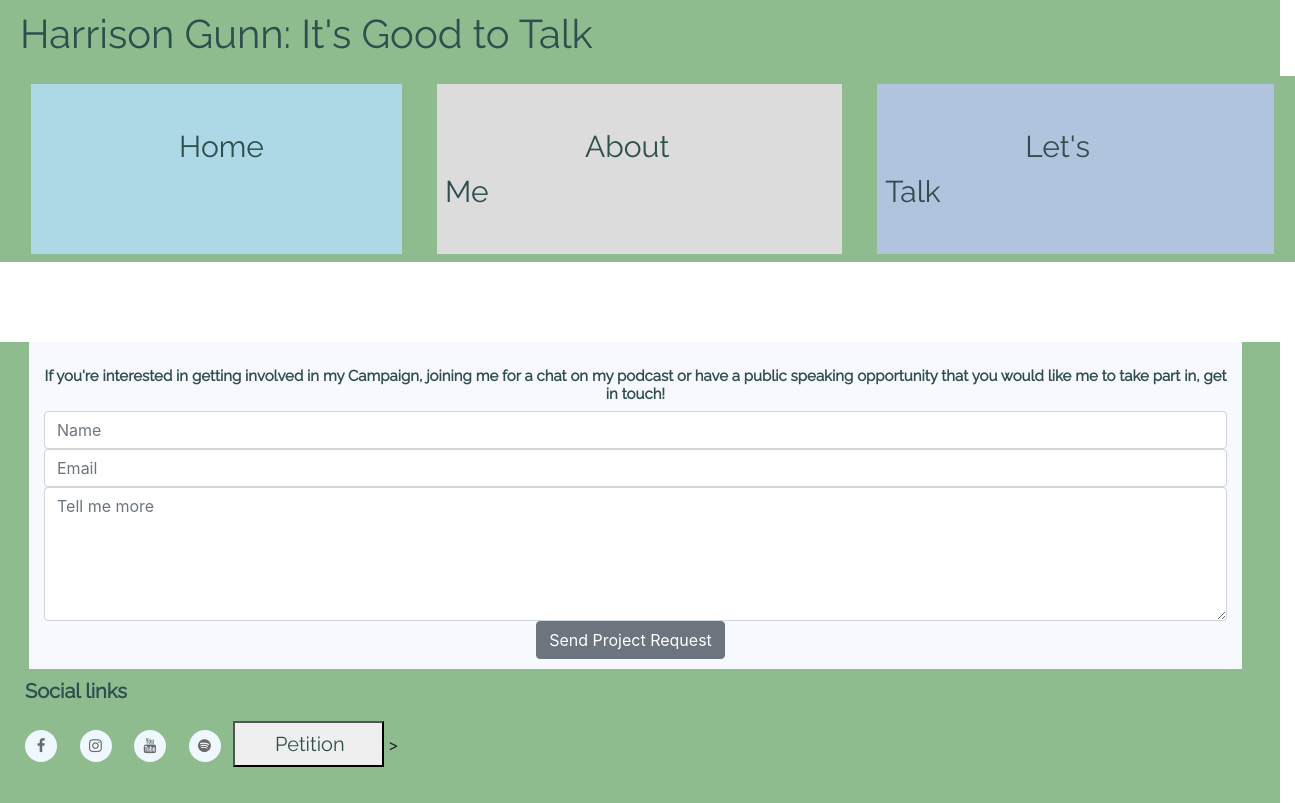
Repository: Leannald13/mile-stone-project-html
Page: contact.html
The author's editor kept a record of every edit. The page is drawn from the files as they stood at one moment, then again after the next edit.
The browser window is 1280 px wide. The page is 1295 px wide, so the pictures cover 1295 px, including what lies to the right of the window. The pictures show the part of the page from y = 500 to 1303 px (the page is 1303 px tall before and 1295 px after).

Above is the page before.

After the next edit:
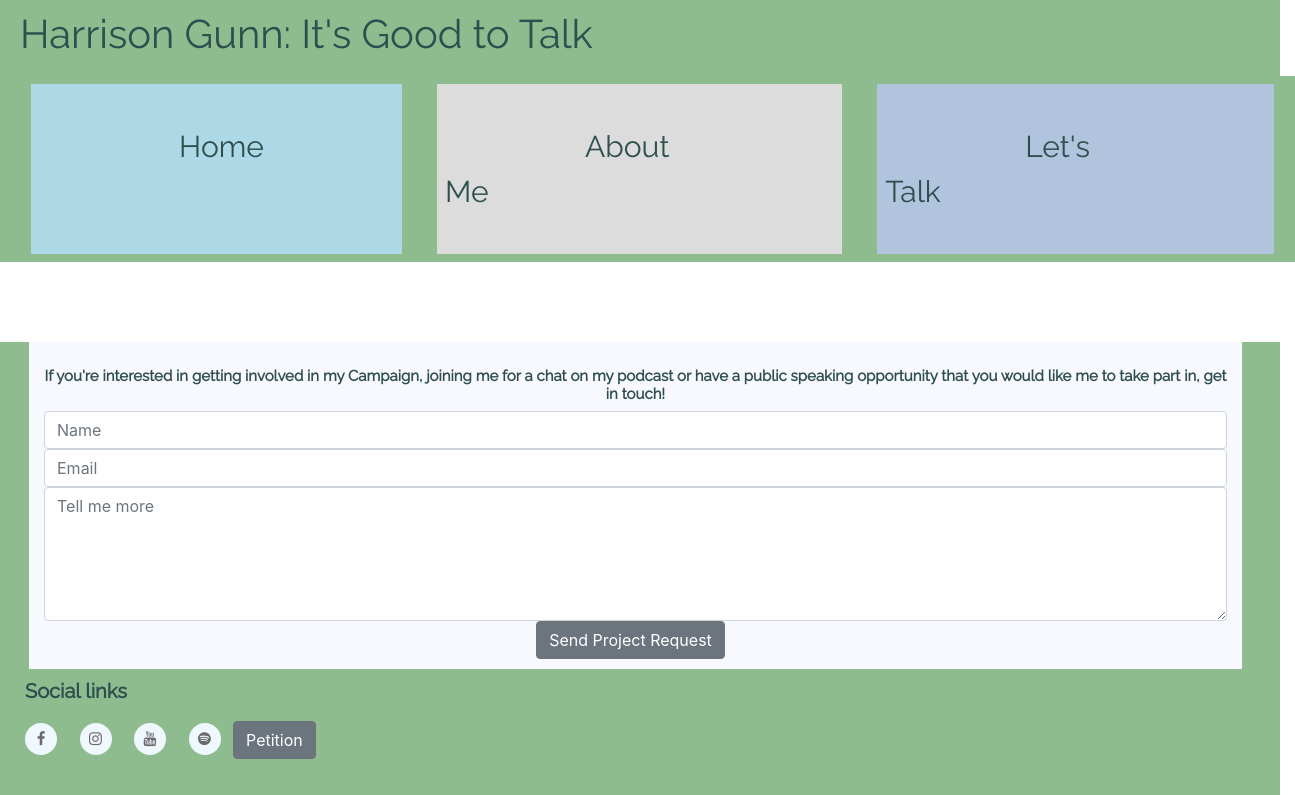
The edit:
--- a/contact.html
+++ b/contact.html
@@ -97,10 +97,9 @@
                            <span class="sr-only">Spotify</span>
                            </a>
                     </li>
-                    <button class="list-inline-item" type="button" class="btn btn-secondary">
-                    <a class="navbar-brand" href="https://petition.parliament.uk/petitions/260373">Petition</a>
-                    </button>
-                    </u>>
+                    <a href="https://petition.parliament.uk/petitions/260373" class="btn btn-secondary" role="button">Petition</a>
+
+                    </u>
             </div>
         </div>
     </footer>
